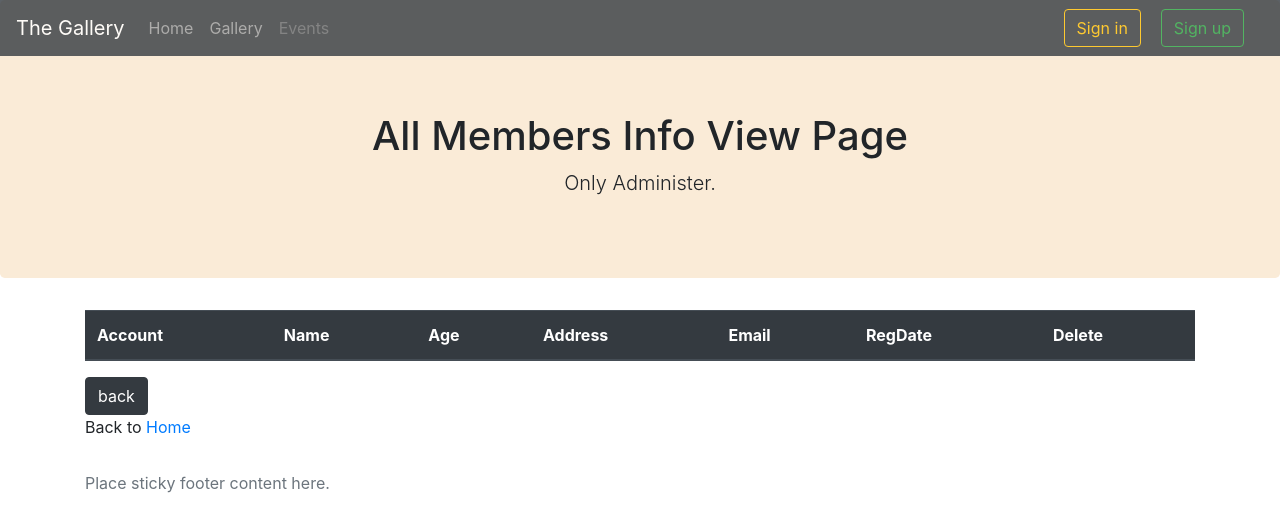
Repository: caramelsyrup/SpringProject1
Page: http://localhost/gallery/WEB-INF/views/member/allmember.jsp
These files come from the project's save history. The page is drawn as it stood at one moment and after the next save; the edit follows.
The browser window is 1280 px wide. The pictures show the whole page.
The page is served by Tomcat 9. Nobody is signed in. The template is opened directly, without the code that normally fills it, so the values that code supplies are empty.

Above is the page before, as saved 2020-11-22 14:55:19.

After the next save:
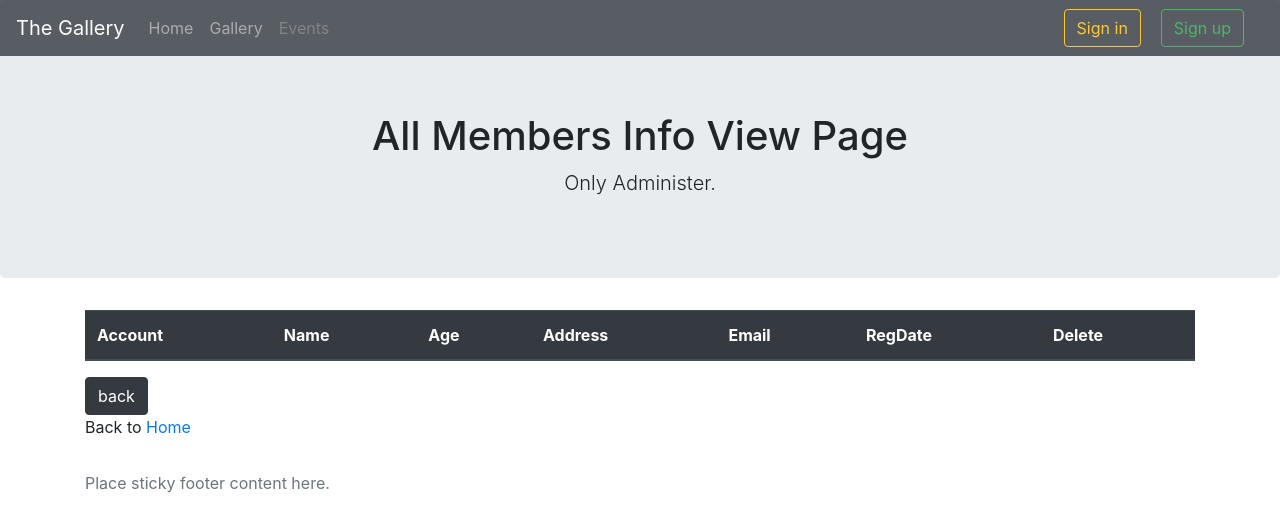
Saved 11 s later.
--- a/gallery/src/main/webapp/WEB-INF/views/member/allmember.jsp
+++ b/gallery/src/main/webapp/WEB-INF/views/member/allmember.jsp
@@ -9,7 +9,7 @@
 <body>
 <!-- Begin page content -->
 <main role="main" class="flex-shrink-0">
-<section class="jumbotron text-center" style="background-color: #FAEBD7">
+<section class="jumbotron text-center" style="background-color: #">
      <div class="container">
      	 <h1 class="mt-5">All Members Info View Page</h1>
      	 <p class="lead">Only Administer.</p>
